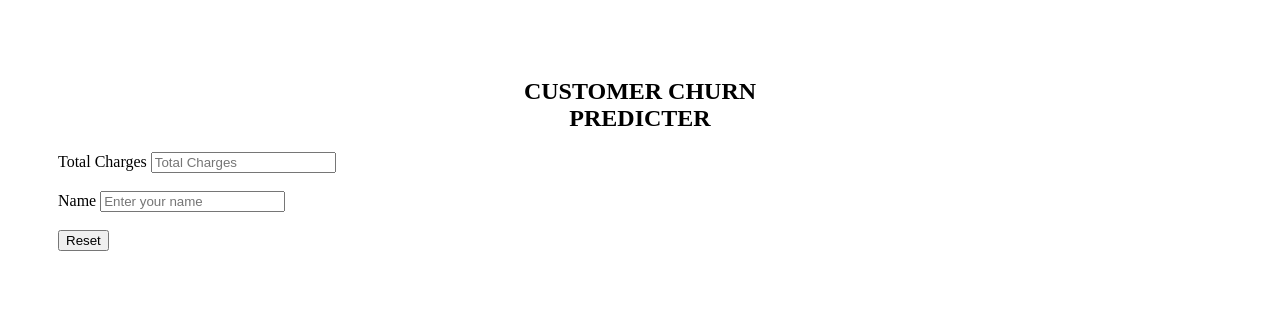
Repository: Cedrqmwesigwa/customer-churn-Bank
Page: index.html
These files come from the project's save history. The page is drawn as it stood at one moment and after the next save; the edit follows.
The browser window is 1280 px wide. The pictures show the whole page.

Above is the page before, as saved 2024-05-21 03:31:35.

After the next save:
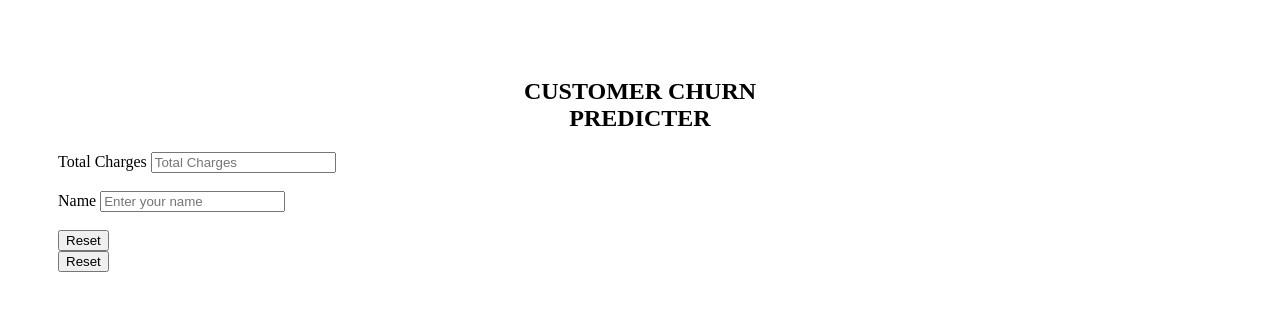
Saved 43 s later.
--- a/index.html
+++ b/index.html
@@ -48,6 +48,10 @@
                         <input type="reset">
                     </div>
 
+                    <div>
+                        <input type="reset">
+                    </div>
+
 
 
 
